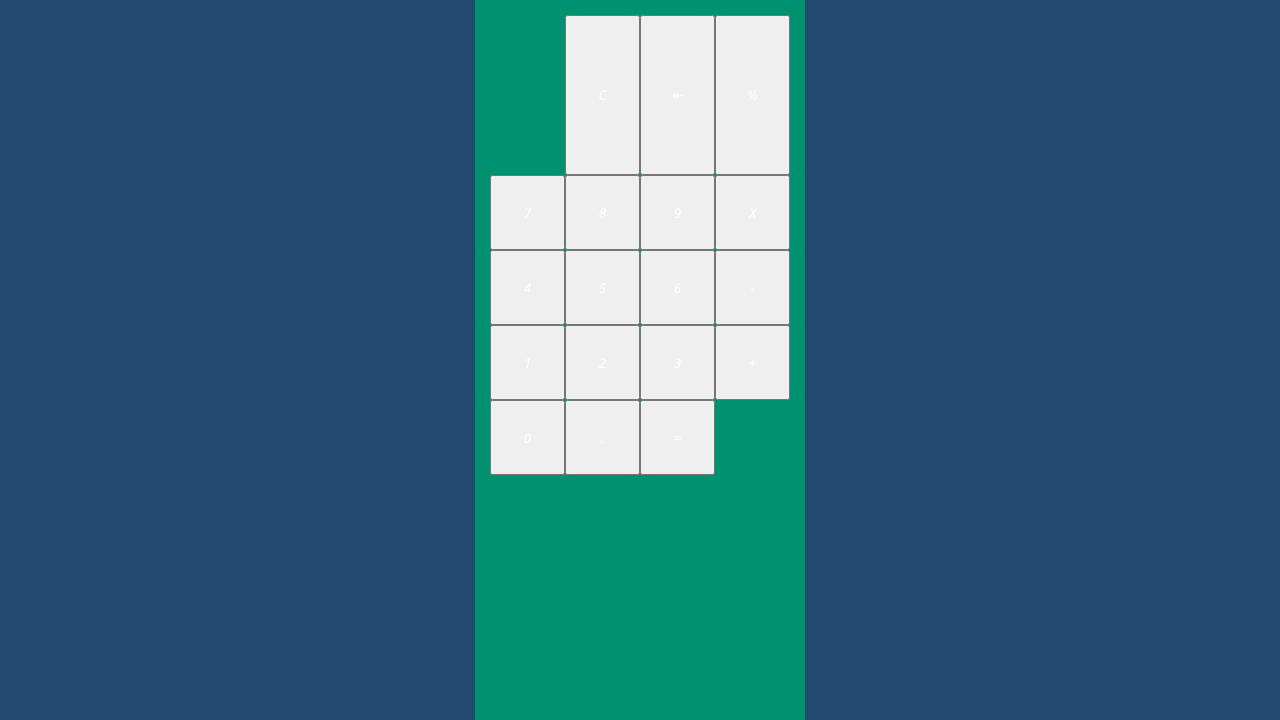
Repository: jhonenmanuel1/javaScript-calculator
Page: src/index.html
An editor plug-in stored every save of this project. The page is shown before and after the next save, followed by the edit.
The browser window is 1280 px wide. The pictures show the whole page.

Above is the page before, as saved 2022-08-02 23:11:56.

### src/index.html
<!DOCTYPE html>
<html lang="en">
  <head>
    <meta charset="UTF-8" />
    <meta http-equiv="X-UA-Compatible" content="IE=edge" />
    <meta name="viewport" content="width=device-width, initial-scale=1.0" />
    <title>JavaScript Calculator</title>
    <link href="https://fonts.googleapis.com/css2?family=Open+Sans:ital,wght@1,500&display=swap" rel="stylesheet">
    <link href="styles.css" rel="stylesheet"/>
  </head>
  <body>
    <div class="container">
      <div class="calculator">
        <div class="display">
          <div id="last-value"></div>
          <div id="actual-value"></div>
        </div>
        <button class="col-2"> C</button>
        <button>&Larr;</button>
        <button class="number">%</button>
        <button class="number">7</button>
        <button class="number">8</button>
        <button class="number">9</button>
        <button class="operator" >X</button>
        <button class="number">4</button>
        <button class="number">5</button>
        <button class="number">6</button>
        <button class="operator">-</button>
        <button class="number">1</button>
        <button class="number">2</button>
        <button class="number">3</button>
        <button class="operator">+</button>
        <button class=" col-2 number">0</button>
        <button class="number">.</button>
        <button class="operator">=</button>
      </div>
    </div>
  </body>
</html>

### src/styles.css
* {
    font-family: 'Open Sans', sans-serif;
    color: #fff;
}
body{
    margin: 0;
    background-color: #224870;
}
.container{
    display: flex;
    justify-content: center;
    height: 100vh;

}
.calculator{
    display: grid;
    grid-template-columns: repeat(4, 75px);
    grid-template-rows: 160px repeat(5, 75px);
    background-color: #00916e;
    padding: 15px;

}

After the next save:
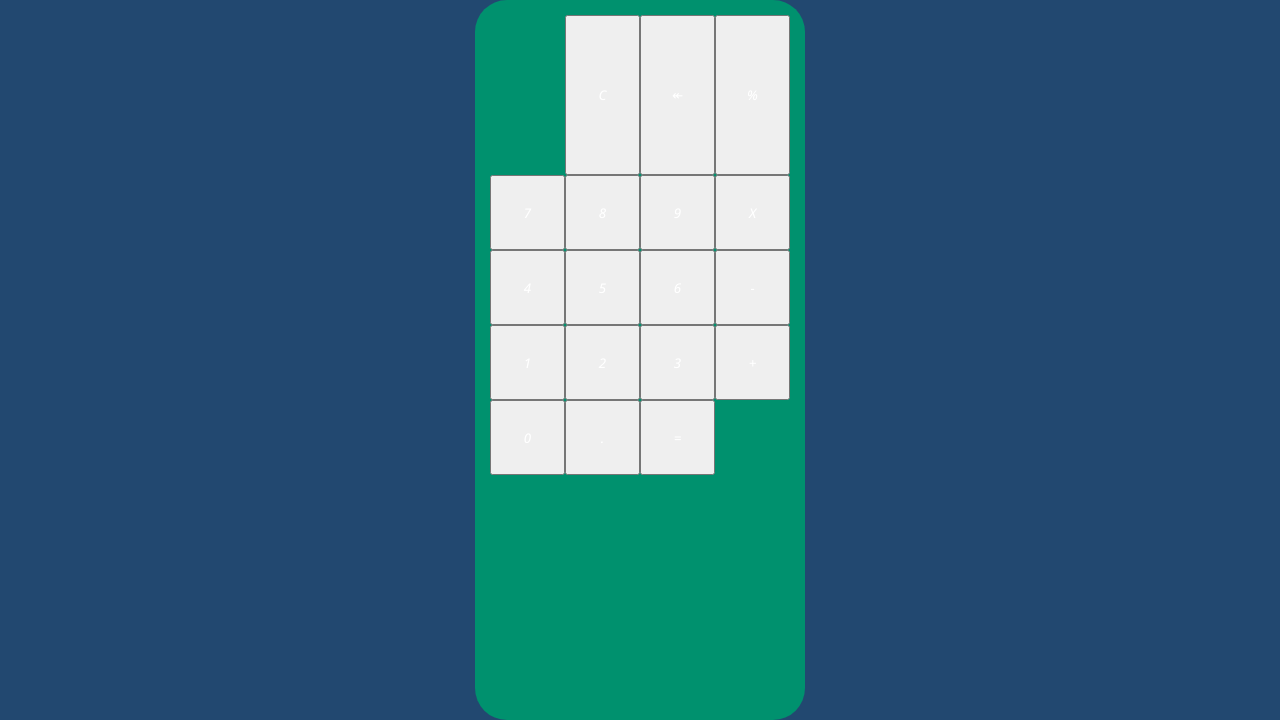
Saved 19 s later.
--- a/src/styles.css
+++ b/src/styles.css
@@ -18,5 +18,6 @@ body{
     grid-template-rows: 160px repeat(5, 75px);
     background-color: #00916e;
     padding: 15px;
+    border-radius: 32px;
 
 }
